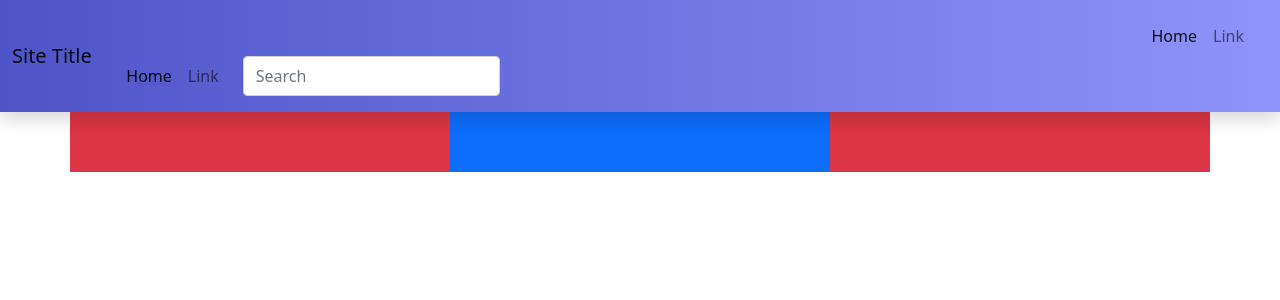
Repository: ttranhhoang/layoutBS
Page: layoutBS1/index.html
The author's editor kept a copy of each file at every save. The page is drawn from the files as they stood at one save, then again after the next save.
The browser window is 1280 px wide. The pictures show the whole page.

Above is the page before, as saved 2022-04-24 18:01:31.

After the next save:
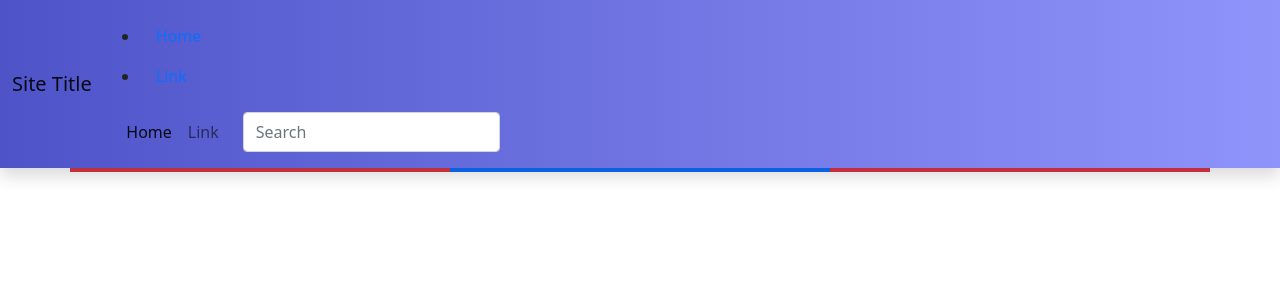
Saved 30 s later.
--- a/layoutBS1/index.html
+++ b/layoutBS1/index.html
@@ -47,7 +47,7 @@
               ></button>
             </div> -->
             <div class="offcanvas-body">
-              <ul class="navbar-nav justify-content-end flex-grow-1 pe-3">
+              <ul class="navbar-navpe-3">
                 <li class="nav-item">
                   <a class="nav-link active" aria-current="page" href="#"
                     >Home</a

After the save that followed:
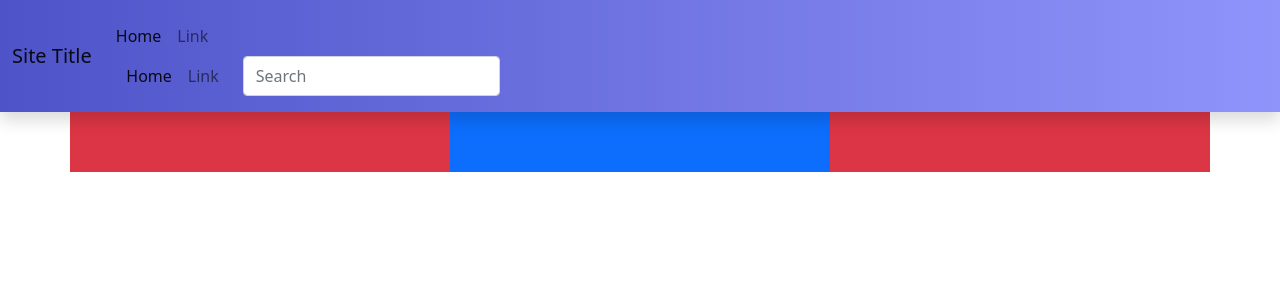
Saved 10 s later.
--- a/layoutBS1/index.html
+++ b/layoutBS1/index.html
@@ -47,7 +47,7 @@
               ></button>
             </div> -->
             <div class="offcanvas-body">
-              <ul class="navbar-navpe-3">
+              <ul class="navbar-nav pe-3">
                 <li class="nav-item">
                   <a class="nav-link active" aria-current="page" href="#"
                     >Home</a
